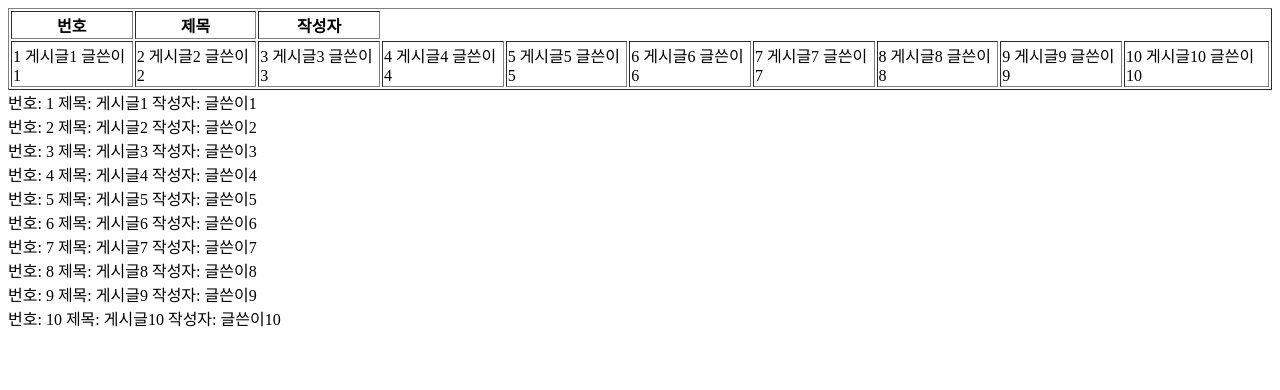
Repository: Luho0113/SpringBootStudy
Page: http://localhost/web/list.jsp
The author's editor kept a copy of each file at every save. The page is drawn from the files as they stood at one save, then again after the next save.
The browser window is 1280 px wide. The pictures show the whole page.
The page is served by Tomcat 9.

Above is the page before, as saved 2023-05-03 03:17:10.

After the next save:
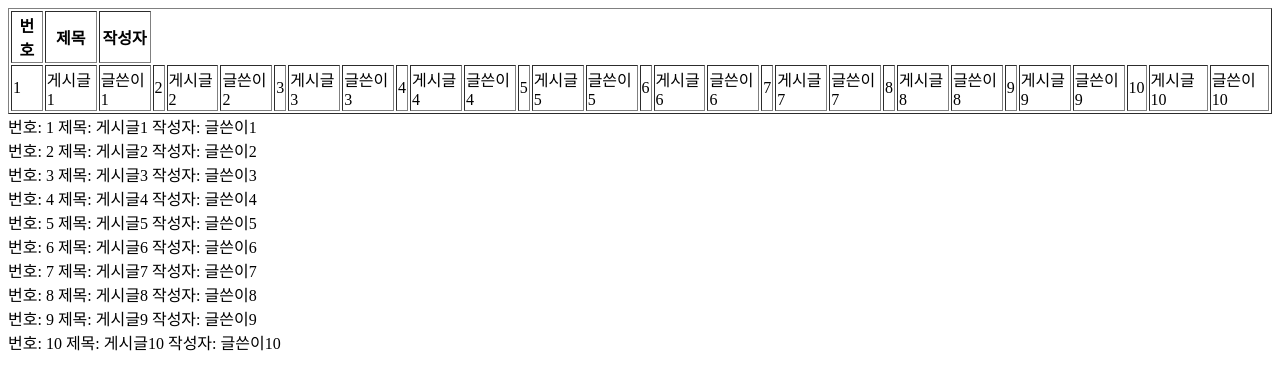
Saved 17 s later.
--- a/web/src/main/webapp/list.jsp
+++ b/web/src/main/webapp/list.jsp
@@ -40,14 +40,17 @@ for(int i=1;i<=10;i++){
 				<%
 				out.println(map.get("bi_num"));
 				%>
+			</td>
+			<td>
 				<%
 				out.println(map.get("bi_title"));
 				%>
+			</td>
+			<td>
 				<%
 				out.println(map.get("bi_writer"));
 				%>
 			</td>
-
 
 			<%}
 		%>
